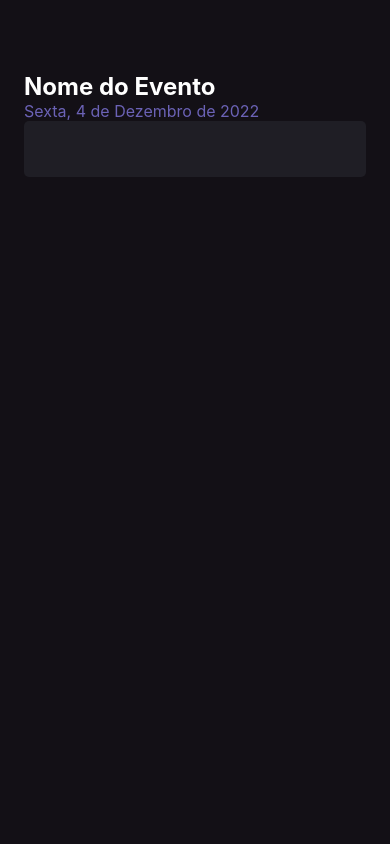
Repository: guilhermecardoso93/reactNative-ignite-imhere
Screen: /
These files come from the project's save history. The screen is drawn as it stood at one moment and after the next save; the edit follows.
The app was drawn by React Native's web renderer in a window 390 px wide. The project was rebuilt for these pictures with package versions that can differ from the ones it lists, and the page was loaded fresh each time.

Above is the screen before, as saved 2022-10-02 19:31:09.

After the next save:
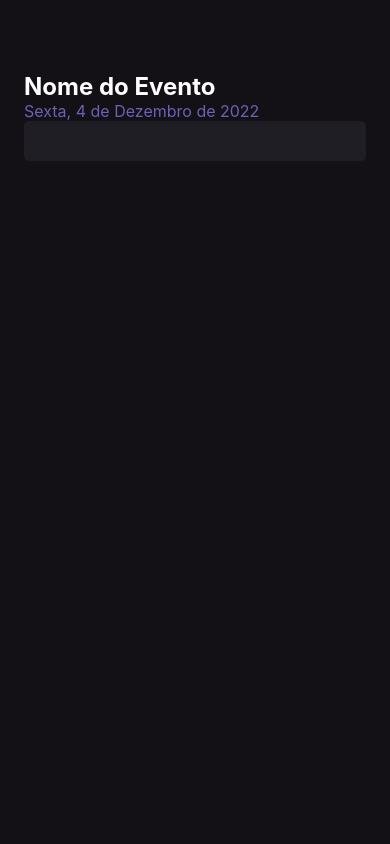
Saved 5 s later.
--- a/src/screens/Home/styles.ts
+++ b/src/screens/Home/styles.ts
@@ -19,7 +19,7 @@ export const styles = StyleSheet.create({
   eventInput: {
     backgroundColor: '#1f1e25',
     color:'#FFF',
-    height: 56,
+    height: 40,
     borderRadius: 5,
     padding:16
   }
